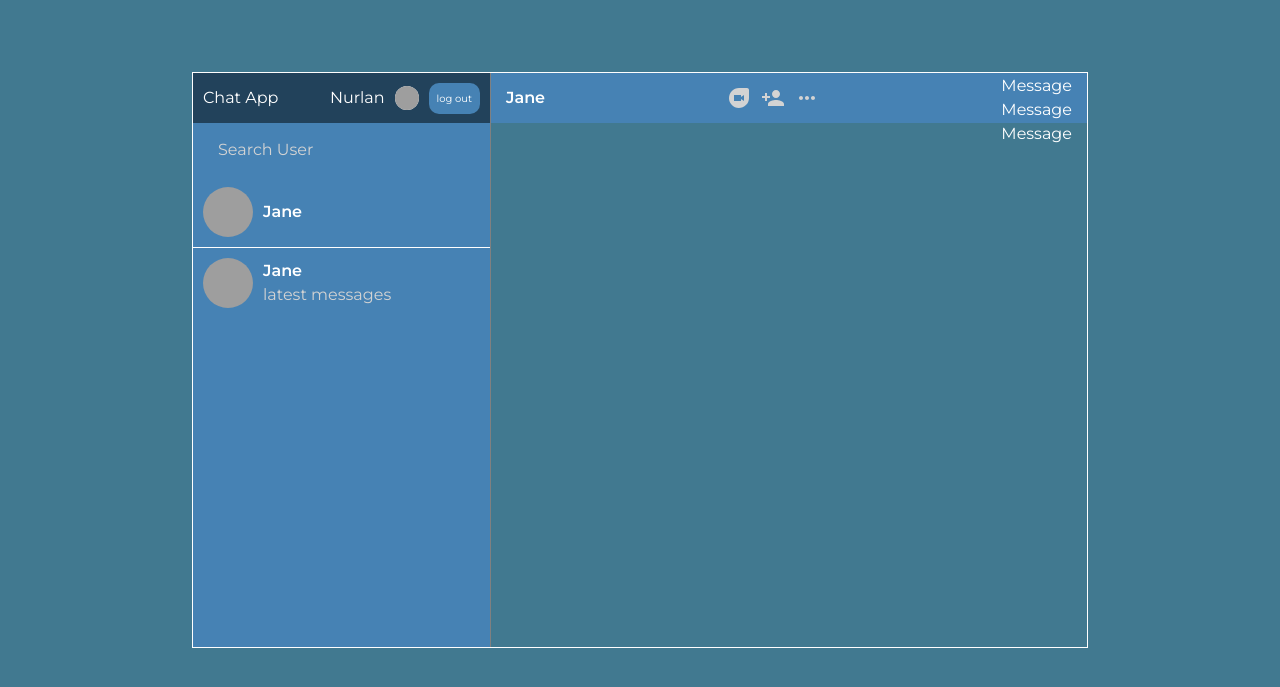
Repository: Nurlan-Bakenbaev/chat-app
Page: /
These files come from the project's save history. The page is drawn as it stood at one moment and after a run of saves; the edit follows.
The browser window is 1280 px wide. The pictures show the whole page.
Pictures or frames that could not be fetched are drawn as grey boxes. The project was rebuilt for these pictures with package versions that can differ from the ones it lists, and the page was loaded fresh each time. Also part of the build but not shown: vite.config.js. Imported but missing from the stored project, and not drawn on this page: src/pages/Login.

Above is the page before, as saved 2023-08-19 14:15:42.

### index.html
<!doctype html>
<html lang="en">
  <head>
    <meta charset="UTF-8" />
    <link rel="preconnect" href="https://fonts.googleapis.com">
<link rel="preconnect" href="https://fonts.gstatic.com" crossorigin>
<link href="https://fonts.googleapis.com/css2?family=Montserrat:wght@400;600&display=swap" rel="stylesheet">
    <link rel="icon" type="image/svg+xml" href="/vite.svg" />
    <meta name="viewport" content="width=device-width, initial-scale=1.0" />
    <title>Chat App</title>
  </head>
  <body>
    <div id="root"></div>
    <script type="module" src="/src/main.jsx"></script>
  </body>
</html>

### src/App.jsx
import './style.scss'
import './App.css'
import Login from './pages/Login'
import Home from './pages/Home'

function App() {

  return (
    <div>
    <Home/>
    </div>
  )
}

export default App

### src/style.scss
.formContainer,
.home {
  background: rgb(65, 121, 144);
  height: 100vh;
  display: flex;
  align-items: center;
  justify-content: center;
  font-family: "Montserrat", sans-serif;

  .formWrapper {
    background-color: white;
    padding: 40px 70px;
    border-radius: 20px;
    display: flex;
    flex-direction: column;
    align-items: center;
    gap: 10px;
    .logo {
      font-size: 24px;
      color: steelblue;
      font-weight: bolder;
    }
    .title {
      font-size: 18px;
      color: steelblue;
      font-weight: bolder;
    }
    form {
      display: flex;
      flex-direction: column;
      gap: 15px;

      .fileSvg {
        font-size: 12px;
        color: rgb(103, 103, 103);
        display: flex;
        align-items: center;
        transition: scale 2s ease;
        gap: 5px;
        cursor: pointer;
      }
      .fileSvg:hover {
        transform: scale(1.02);
      }
      input {
        padding: 15px 60px;
        border: none;
        border-bottom: 1px solid pink;
        outline: none;

        &::placeholder {
          color: rgb(178, 178, 178);
        }
      }
      button {
        background-color: steelblue;
        color: white;
        padding: 10px;
        font-weight: bold;
        border: none;
        cursor: pointer;
      }
    }
    p {
      color: rgb(66, 82, 95);
      font-size: 14px;
      margin-top: 10px;
    }
  }
}

.home {
  .container {
    border: 1px solid white;
    width: 70%;
    height: 80%;
    display: grid;
    grid-template-columns: 1fr 2fr;
    overflow: hidden;

    .sidebar {
      flex: 1;
      border-right: 1px solid gray;
      background-color: steelblue;
      color: white;
      .navbar {
        display: flex;
        align-items: center;
        background-color: rgb(34, 66, 91);
        height: 50px;
        justify-content: space-between;
        padding: 10px;
        .logo {
          font-size: bold;
        }
        .user {
          display: flex;
          gap: 10px;
          align-items: center;
        }
        img {
          width: 24px;
          height: 24px;
          background-color: white;
          border-radius: 50%;
          object-fit: cover;
        }

        button {
          background-color: steelblue;
          color: white;
          font-size: 10px;
          border: none;
          cursor: pointer;
          padding: 8px;
          border-radius: 10px;
        }
      }
      .search {
        border-bottom: 1px solid white;

        .searchForm {
          padding: 10px;
          input {
            background-color: transparent;
            outline: none;
            padding: 5px;
            color: white;
            width: 100%;
            border-radius: 10px;
            border: none;

            &::placeholder {
              color: lightgray;
              padding-left: 10px;
            }
          }
        }
      }
      .userChat {
        padding: 10px;
        display: flex;
        align-items: center;
        gap: 10px;
        color: white;
        transition: background-color 0.2s ease-in;
        transition: scale 0.3s ease;

        &:hover {
          transform: scale(1.02);
          background-color: rgb(42, 80, 112);
        }
        img {
          width: 50px;
          height: 50px;
          border-radius: 50%;
          object-fit: cover;
        }
        .userChatInfo {
          span {
            font-style: 18px;
            font-weight: bolder;
          }
          p {
            font-style: 12px;
            color: lightgray;
          }
        }
      }
    }
    .chat {
      flex: 2;
      .chatInfo {
        background-color: steelblue;
        height: 50px;
        display: flex;
        align-items: center;
        justify-content: space-between;
        padding: 15px;
        color: white;

        span {
          font-weight: bold;
        }

        .chatIcons {
          display: flex;
          gap: 10px;
          color: white;
        }
        .chatIcons svg {
          color: rgb(211, 211, 211);
          cursor: pointer;
          transition: scale 0.2s ease-in;
          &:hover {
            transform: scale(1.2);
          }
        }
      }
    }
  }
}

### src/pages/Home.jsx
import React from 'react'
import SideBar from '../components/SideBar'
import Chat from '../components/Chat'



const Home = () => {
  return (
    <div className='home'>
      <div className="container">
        <SideBar/>
        <Chat/>

      </div>
    </div>
  )
}

export default Home

### src/components/SideBar.jsx
import React from "react";
import Navbar from "./Navbar";
import Search from "./Search";
import Chats from "./Chats";




const SideBar = () => {
  return (
    <div className="sidebar">
      <Navbar />
      <Search/>
      <Chats/>
    </div>
  );
};

export default SideBar;

### src/components/Chat.jsx
import React from 'react'
import DuoIcon from '@mui/icons-material/Duo';
import PersonAddIcon from '@mui/icons-material/PersonAdd';
import MoreHorizIcon from '@mui/icons-material/MoreHoriz';
import Messages from './Messages';
const Chat = () => {
  return (
    <div className='chat'>
<div className='chatInfo'>
  <span>Jane</span>
  <div className='chatIcons'>
    <DuoIcon/>
    <PersonAddIcon/>
    <MoreHorizIcon/>
  </div>
  <Messages/>
</div>
    </div>
  )
}

export default Chat

### src/components/Navbar.jsx
import React from "react";

const Navbar = () => {
  return (
    <div className="navbar">
      <span className="logo">Chat App</span>
      <div className="user">
        <span>Nurlan</span>
         <img src="https://images.pexels.com/photos/5197322/pexels-photo-5197322.jpeg?auto=compress&cs=tinysrgb&w=1260&h=750&dpr=2" alt="accaunt-photo" />
        <button>log out</button>
      </div>
    </div>
  );
};

export default Navbar;

### src/components/Search.jsx
import React from 'react'

const Search = () => {
  return (
    <div className='search'>
      <div className='searchForm'>
        <input type="text"placeholder='Search User' />
      </div>
      <div className='userChat'>
        <img src="https://images.pexels.com/photos/5971330/pexels-photo-5971330.jpeg?auto=compress&cs=tinysrgb&w=1260&h=750&dpr=2" alt="User-img" />
      <div className="userChatInfo">
        <span>Jane</span>
      </div>
      </div>
    </div>
  )
}

export default Search

### src/components/Chats.jsx
import React from 'react'

const Chats = () => {
  return (
    <div className='chats'>
     <div className='userChat'>
        <img src="https://images.pexels.com/photos/5971330/pexels-photo-5971330.jpeg?auto=compress&cs=tinysrgb&w=1260&h=750&dpr=2" alt="User-img" />
      <div className="userChatInfo">
        <span>Jane</span>
        <p>latest messages</p>
      </div>
      </div>
    </div>
  )
}

export default Chats

### src/components/Messages.jsx
import React from 'react'
import Message from './Message'
const Messages = () => {
  return (
    <div className='messages'>
      <Message/>
      <Message/>
      <Message/>
      <Message/>
    </div>
  )
}

export default Messages

Loaded but not shown: src/main.jsx (common file); src/index.css (common file); src/App.css (common file); src/components/Message.jsx (common file); tailwind.config.js (common file)

After the next 3 saves:
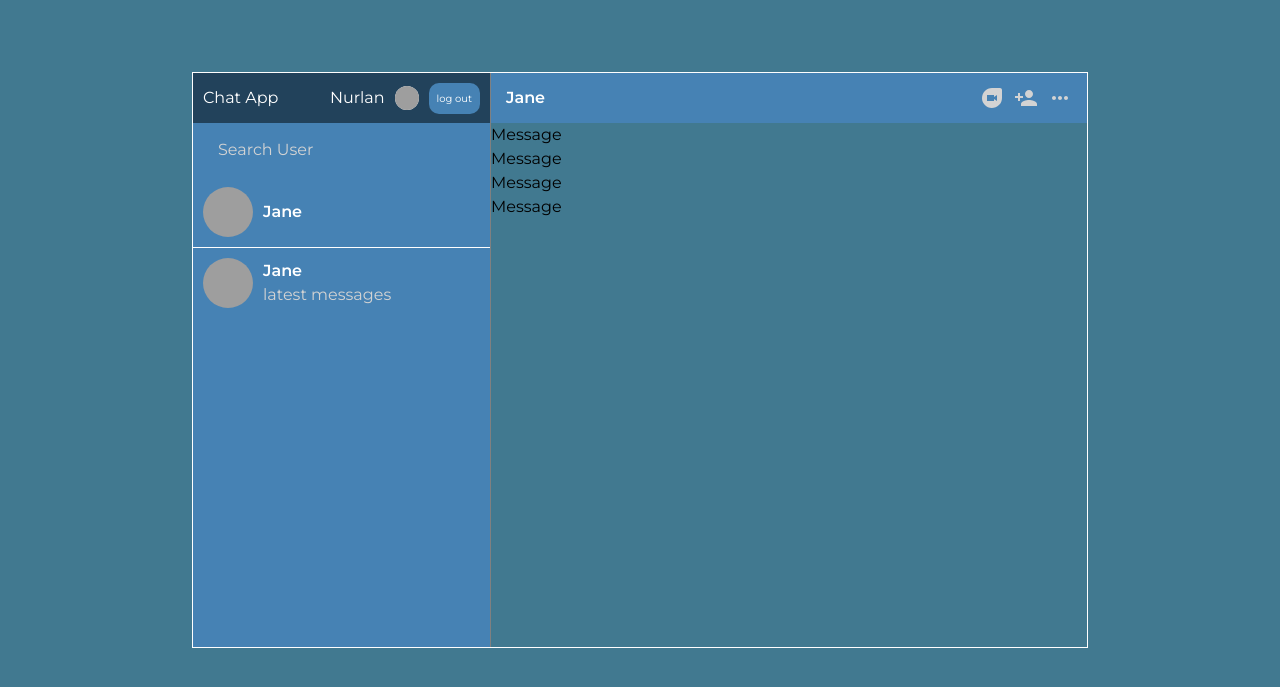
The 3 saves are shown as one change because they came seconds apart.
The last was saved 15 s later.
--- a/src/components/Chat.jsx
+++ b/src/components/Chat.jsx
@@ -1,22 +1,22 @@
-import React from 'react'
-import DuoIcon from '@mui/icons-material/Duo';
-import PersonAddIcon from '@mui/icons-material/PersonAdd';
-import MoreHorizIcon from '@mui/icons-material/MoreHoriz';
-import Messages from './Messages';
+import React from "react";
+import DuoIcon from "@mui/icons-material/Duo";
+import PersonAddIcon from "@mui/icons-material/PersonAdd";
+import MoreHorizIcon from "@mui/icons-material/MoreHoriz";
+import Messages from "./Messages";
 const Chat = () => {
   return (
-    <div className='chat'>
-<div className='chatInfo'>
-  <span>Jane</span>
-  <div className='chatIcons'>
-    <DuoIcon/>
-    <PersonAddIcon/>
-    <MoreHorizIcon/>
-  </div>
-  <Messages/>
-</div>
+    <div className="chat">
+      <div className="chatInfo">
+        <span>Jane</span>
+        <div className="chatIcons">
+          <DuoIcon />
+          <PersonAddIcon />
+          <MoreHorizIcon />
+        </div>
+      </div>
+      <Messages />
     </div>
-  )
-}
+  );
+};
 
-export default Chat
+export default Chat;
